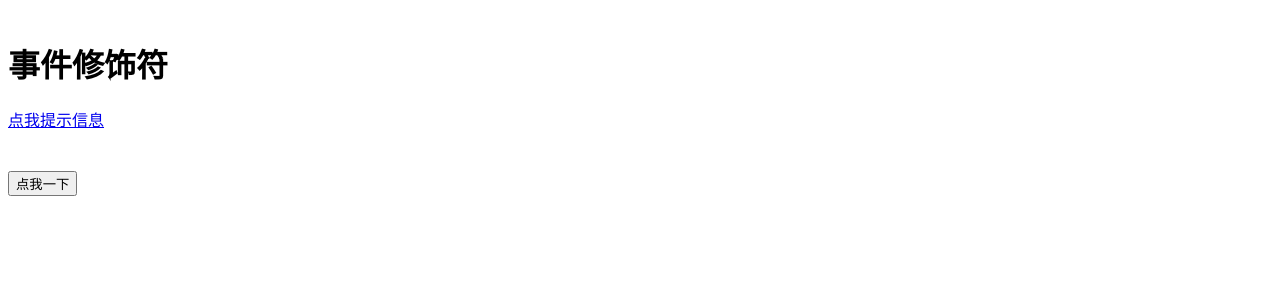
Repository: ldqml/project
Page: vue/vuehtml/xiushifu.html
An editor plug-in stored every save of this project. The page is shown before and after the next save, followed by the edit.
The browser window is 1280 px wide. The pictures show the whole page.

Above is the page before, as saved 2022-07-29 14:44:45.

### vue/vuehtml/xiushifu.html
<!DOCTYPE html>
<html lang="en">
<head>
    <meta charset="UTF-8">
    <meta http-equiv="X-UA-Compatible" content="IE=edge">
    <meta name="viewport" content="width=device-width, initial-scale=1.0">
    <title>Document</title>
    <script src="../vuejs/vue.js"></script>
    <style type="text/css">
        *{
            margin-top: 20px;
        }
    </style>
</head>
<body>
    <div id="root">
        <h1>事件修饰符</h1>
        <a :href="url" @click.prevent='dianji'>点我提示信息</a>
        <div class="mp" @click="dianji2">
            <button v-on:click="dianji2">点我一下</button>
        </div>
    </div>

    <script>
        Vue.config.productionTip=false
        const vm =new Vue({
            el:'#root',
            data:{
                url:'www.baidu.com'
            },
            methods:{
                dianji(event){
                    alert('信息')
                }
            }
        })
    </script>
</body>
</html>

Loaded but not shown: vue/vuejs/vue.js (library)

After the next save:
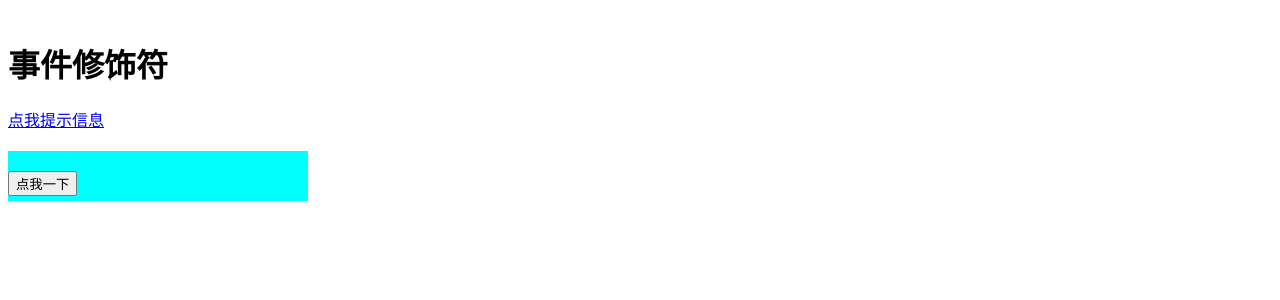
Saved 32 s later.
--- a/vue/vuehtml/xiushifu.html
+++ b/vue/vuehtml/xiushifu.html
@@ -9,6 +9,11 @@
     <style type="text/css">
         *{
             margin-top: 20px;
+        }
+        .mp{
+            width: 300px;
+            height: 50px;
+            background-color: aqua;
         }
     </style>
 </head>
